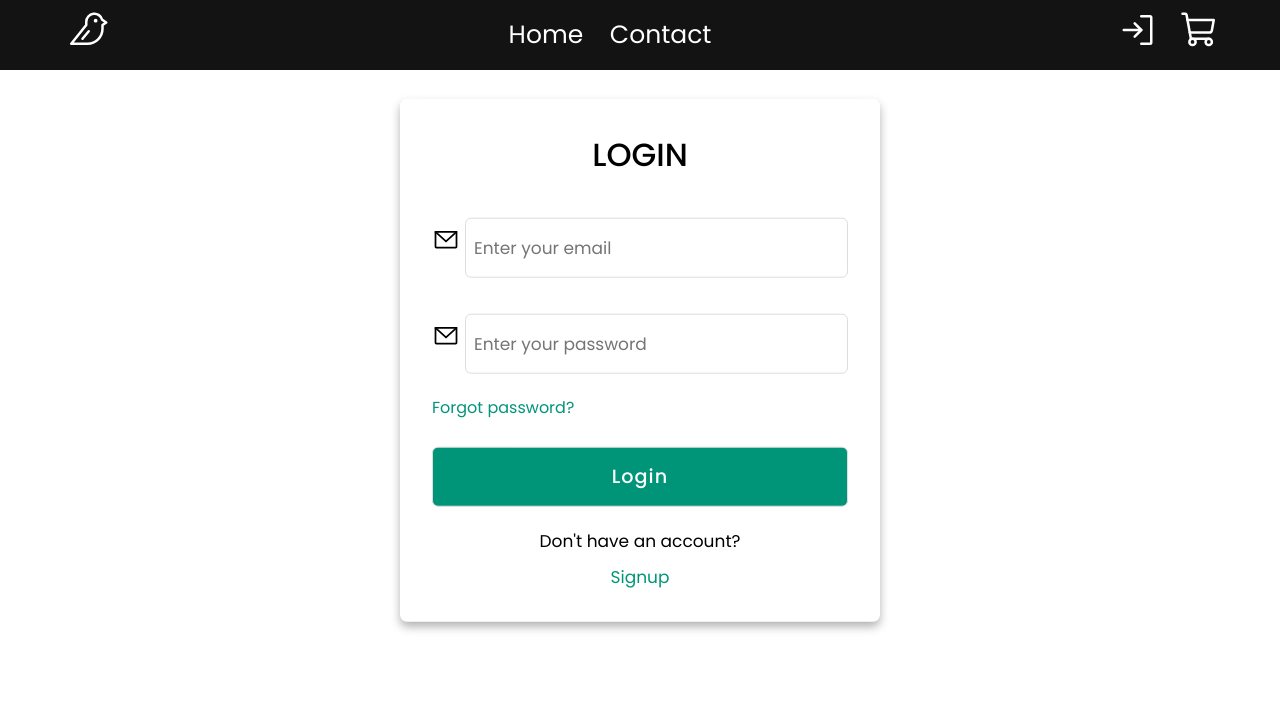
Repository: hoangdanh2/swp301
Page: /register
The author's editor kept a copy of each file at every save. The page is drawn from the files as they stood at one save, then again after the next save.
The browser window is 1280 px wide. The pictures show the whole page.
The project was rebuilt for these pictures with package versions that can differ from the ones it lists, and the page was loaded fresh each time. Also part of the build but not shown: src/pages/shop/product.jsx, src/pages/shop/shop.css, src/pages/shop/shop.jsx, src/pages/contact/contact.jsx, src/pages/cart/cart-item.jsx, src/pages/cart/cart.css, src/pages/cart/cart.jsx.

Above is the page before, as saved 2023-05-29 11:24:39.

After the next save:
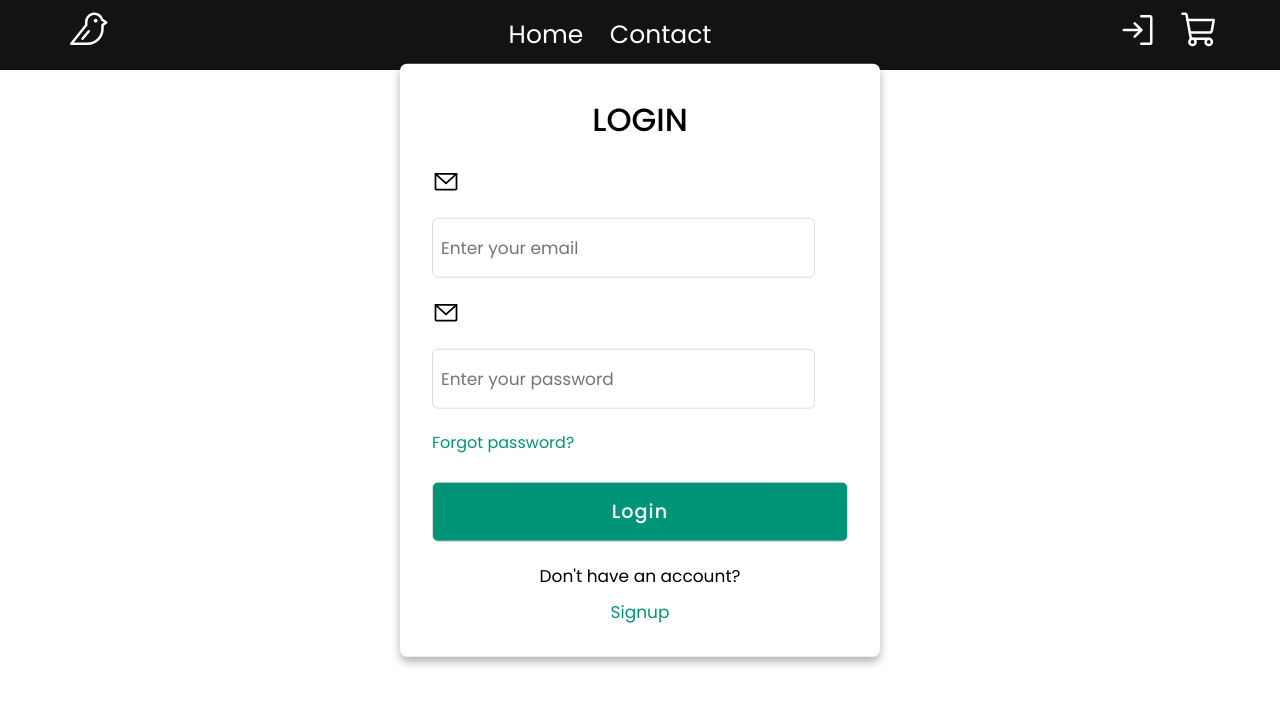
Saved 8 s later.
--- a/src/pages/register/register.css
+++ b/src/pages/register/register.css
@@ -103,5 +103,6 @@
 }
 
 .icon-login {
-  margin-right: 5px;
+  margin-right: 10px;
+
 }

After the 2 saves that followed:
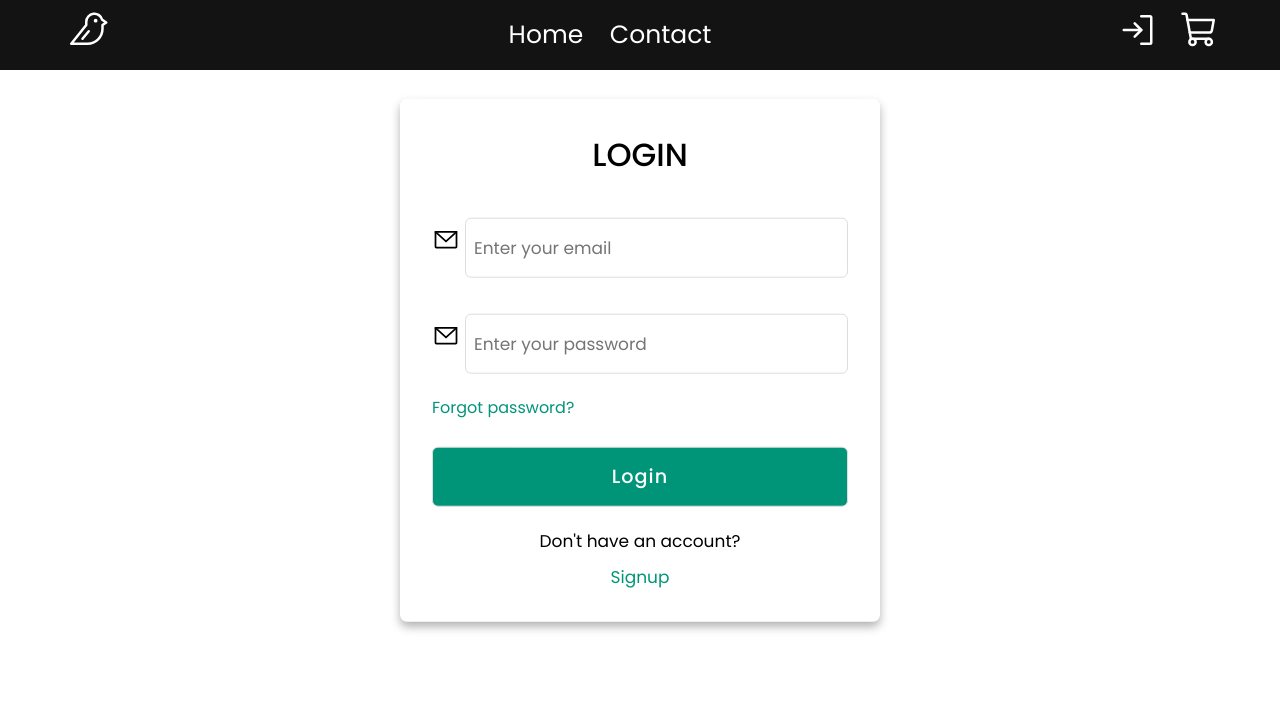
The 2 saves are shown as one change because 1 left the picture as it was.
The last was saved 13 s later.
--- a/src/pages/register/register.css
+++ b/src/pages/register/register.css
@@ -103,6 +103,6 @@
 }
 
 .icon-login {
-  margin-right: 10px;
+  margin-right: 5px;
 
 }
